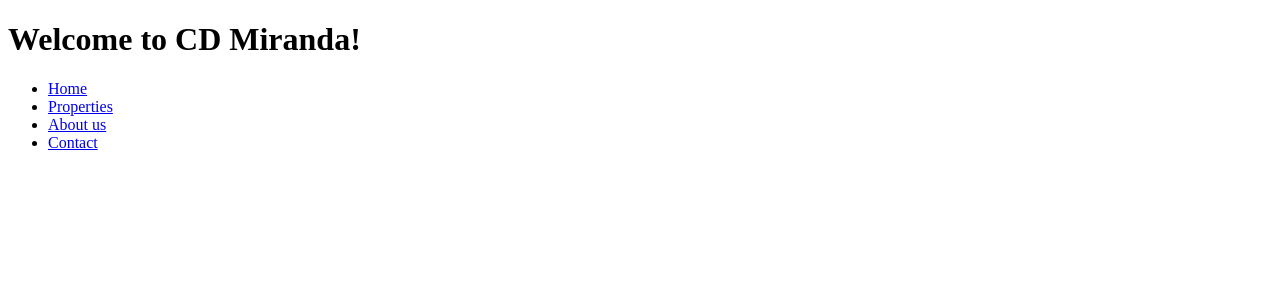
Repository: Gianeuz/CD-Miranda
Page: home/main.html
An editor plug-in stored every save of this project. The page is shown before and after a run of saves, followed by the edit.
The browser window is 1280 px wide. The pictures show the whole page.

Above is the page before, as saved 2026-09-20 03:15:42.

After the next 3 saves:
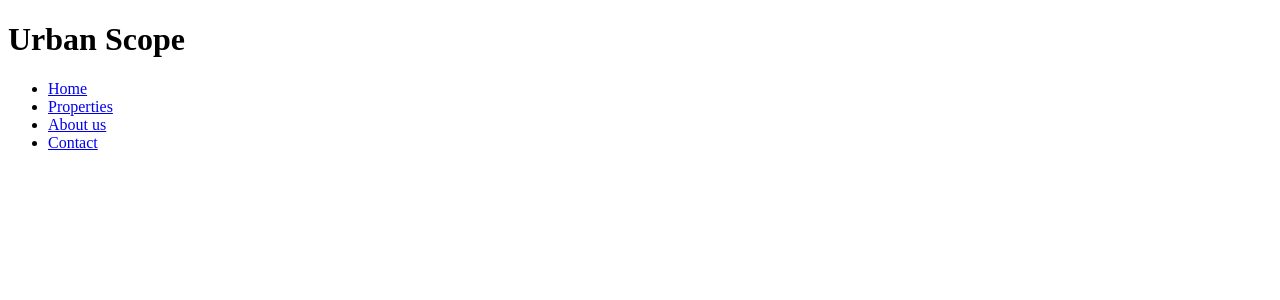
The 3 saves are shown as one change because they came seconds apart.
The last was saved 46 s later.
--- a/home/main.html
+++ b/home/main.html
@@ -7,7 +7,7 @@
 </head>
 <body>
 
-    <h1>Welcome to CD Miranda!</h1>
+    <h1>Urban Scope </h1>
     <ul>
         <li><a href="index.html">Home</a></li>
         <li><a href="about.html">Properties</a></li>
